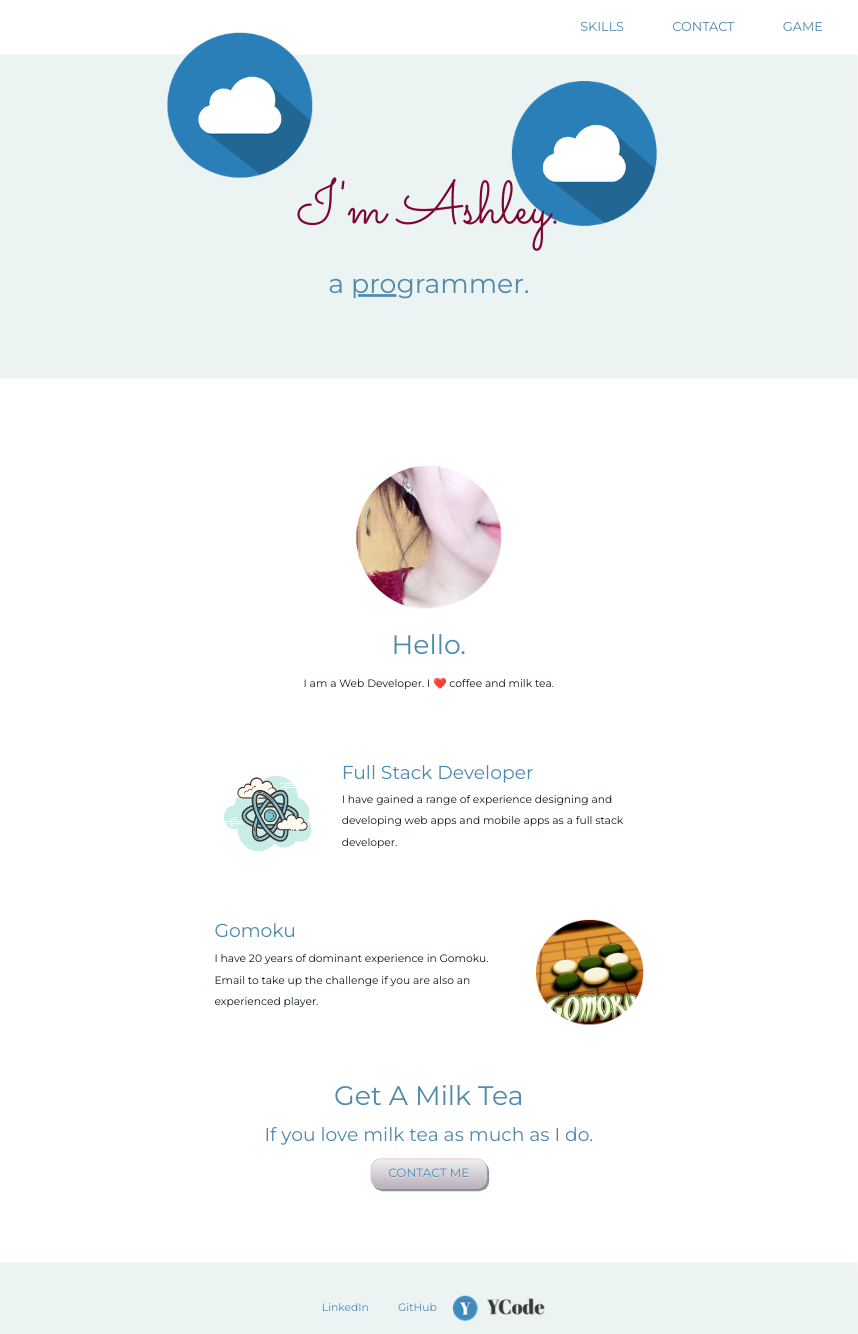
Repository: nosugarpls/YCode-my-website
Page: index.html
These files come from the project's save history. The page is drawn as it stood at one moment and after a run of saves; the edit follows.
The browser window is 1280 px wide. The pictures show the whole page, at 67% of full size.

Above is the page before, as saved 2020-09-25 10:15:03.

### index.html
<!DOCTYPE html>
<html>
<head>
  <meta charset="utf-8">
  <title>Ashley(Yu) Shi</title>


  <!-- CSS Stylesheets -->
  <link rel="stylesheet" href="https://stackpath.bootstrapcdn.com/bootstrap/4.5.2/css/bootstrap.min.css" integrity="sha384-JcKb8q3iqJ61gNV9KGb8thSsNjpSL0n8PARn9HuZOnIxN0hoP+VmmDGMN5t9UJ0Z" crossorigin="anonymous">
  <link rel="stylesheet" href="css/styles.css">
  <link href="https://fonts.googleapis.com/css?family=Merriweather|Montserrat|Sacramento" rel="stylesheet">
  <link rel="icon" href="images/YLogo.png">


  <!-- Bootstrap Scripts -->
  <script src="https://code.jquery.com/jquery-3.5.1.slim.min.js" integrity="sha384-DfXdz2htPH0lsSSs5nCTpuj/zy4C+OGpamoFVy38MVBnE+IbbVYUew+OrCXaRkfj" crossorigin="anonymous"></script>
  <script src="https://cdn.jsdelivr.net/npm/popper.js@1.16.1/dist/umd/popper.min.js" integrity="sha384-9/reFTGAW83EW2RDu2S0VKaIzap3H66lZH81PoYlFhbGU+6BZp6G7niu735Sk7lN" crossorigin="anonymous"></script>
  <script src="https://stackpath.bootstrapcdn.com/bootstrap/4.5.2/js/bootstrap.min.js" integrity="sha384-B4gt1jrGC7Jh4AgTPSdUtOBvfO8shuf57BaghqFfPlYxofvL8/KUEfYiJOMMV+rV" crossorigin="anonymous"></script>
</head>

<body>

  <!-- Nav Bar -->
  <nav class="navbar navbar-expand-lg navbar-light">
    <button class="navbar-toggler" type="button" data-toggle="collapse" data-target="#navbarToggler">
        <span class="navbar-toggler-icon"></span>
    </button>

    <div class="collapse navbar-collapse" id="navbarToggler">
      <ul class="navbar-nav ml-auto">
        <li class="nav-item">
          <a class="nav-link" href="#skills">SKILLS</a>
        </li>
        <li class="nav-item">
          <a class="nav-link" href="#contact">CONTACT</a>
        </li>
        <li class="nav-item">
          <a class="nav-link" href="piano.html">GAME</a>
        </li>
      </ul>
    </div>
  </nav>


  <div class="top-container">
    <img class="top-cloud" src="images/cloud.png" alt="cloud">
    <div class="title-text">
      <h1 class="big-title">I'm Ashley.</h1>
      <h2>a <span class="pro">pro</span>grammer.</h2>
    </div>
    <img class="bottom-cloud" src="images/cloud.png" alt="cloud">
  </div>

  <div class="middle-container">
    <div class="profile">
      <img class="avatar" src="images/ashely.png" alt="ashley-profile-img">
      <h2>Hello.</h2>
      <p class="intro">I am a Web Developer. I ❤️ coffee and milk tea.</p>
    </div>

    <div class="skills" id="skills">
      <div class="skill-row">
        <img class="react-img" src="images/react.png" alt="react-img">
        <h3>Full Stack Developer</h3>
        <p>I have gained a range of experience designing and developing web apps and mobile apps as a full stack developer.</p>
      </div>
      <div class="skill-row">
        <img class="game-img" src="images/game.png" alt="game-img">
        <h3>Gomoku</h3>
        <p>I have 20 years of dominant experience in Gomoku. Email to take up the challenge if you are also an experienced player.</p>
      </div>

    </div>

    <div class="contact-me" id="contact">
      <h2>Get A Milk Tea</h2>
      <h3>If you love milk tea as much as I do.</h3>
      <a class="btn" href="mailto:coloraworld@gmail.com">CONTACT ME</a>
    </div>
  </div>


  <div class="bottom-container">
    <a href="https://www.linkedin.com/in/yu-ashley-shi-328239197/">LinkedIn</a>
    <a href="https://github.com/nosugarpls">GitHub</a>
    <img src="images/logo.png" alt="img">
  </div>
</body>
</html>

### css/styles.css
body {
  color: #40514E;
  margin: 0;
  text-align: center;
  font-family: 'Merriweather', serif;
}

h1 {
  color: #7d0633;
  font-size: 5.625rem;
  margin: 50px auto 0 auto;
  font-family: 'Sacramento', cursive;
  z-index: 1;
  position: relative;
}

h2 {
  color: #4e89ae;
  font-family: 'Montserrat', sans-serif;
  font-size: 2.5rem;
  font-weight: normal;
  padding-bottom: 10px;
}

h3 {
  color: #4e89ae;
  font-family: 'Montserrat', sans-serif;
}

p {
  line-height: 2;
  color: #0f1e27;
  font-family: 'Montserrat', sans-serif;
}

a {
  color: #4e89ae;
  font-family: 'Montserrat', sans-serif;
  margin: 10px 20px;
  text-decoration: none;
}

.big-title {
  padding-top: 30px;
  padding-bottom: 30px;
}

.avatar {
  padding-top: 30px;
  padding-bottom: 30px;
}


.top-container {
  background-color: #ecf4f3;
  position: relative;
  padding-top: 100px;
  padding-bottom: 100px;
}

.middle-container {
  margin: 100px 0;
}

.bottom-container {
  background-color: #ecf4f3;
  padding: 50px 0 20px;
}

.skill-row {
  width: 50%;
  margin: 100px auto 100px auto;
  text-align: left;
}

.pro {
  text-decoration: underline;
}

.intro {
  width: 30%;
  margin: auto;
  color: #0f1e27;
  font-family: 'Montserrat', sans-serif;
}

.contact-message {
  width: 40%;
  margin: 40px auto 60px;
}

.top-cloud {
  position: absolute;
  right: 300px;
  top: 40px;
}

.bottom-cloud {
  position: absolute;
  left: 250px;
  bottom: 300px;
}

.react-img {
  width: 25%;
  float: left;
  margin-right: 30px;
}

.game-img {
  width: 25%;
  float: right;
  margin-left: 30px;
}

.btn {
	box-shadow: 3px 4px 0px 0px #899599;
	background:linear-gradient(to bottom, #ededed 5%, #bab1ba 100%);
	background-color:#ededed;
	border-radius:15px;
	border:1px solid #d6bcd6;
	display:inline-block;
	cursor:pointer;
	color:#4e89ae;
  font-family: 'Montserrat', sans-serif;
	font-size:18px;
	padding:8px 25px;
	text-decoration:none;
	text-shadow:0px 1px 0px #e1e2ed;
}

.btn:hover {
	background:linear-gradient(to bottom, #bab1ba 5%, #ededed 100%);
	background-color:#bab1ba;
}

.btn:active {
	position:relative;
	top:1px;
}

/* Navigation Bar */

.nav-item {
  padding: 0 8px;
}

.nav-link {
  font-size: 1.2rem;
  font-family: 'Montserrat', sans-serif;
  color: #4e89ae !important;
  z-index: 2;
  position:relative;
}

After the next 2 saves:
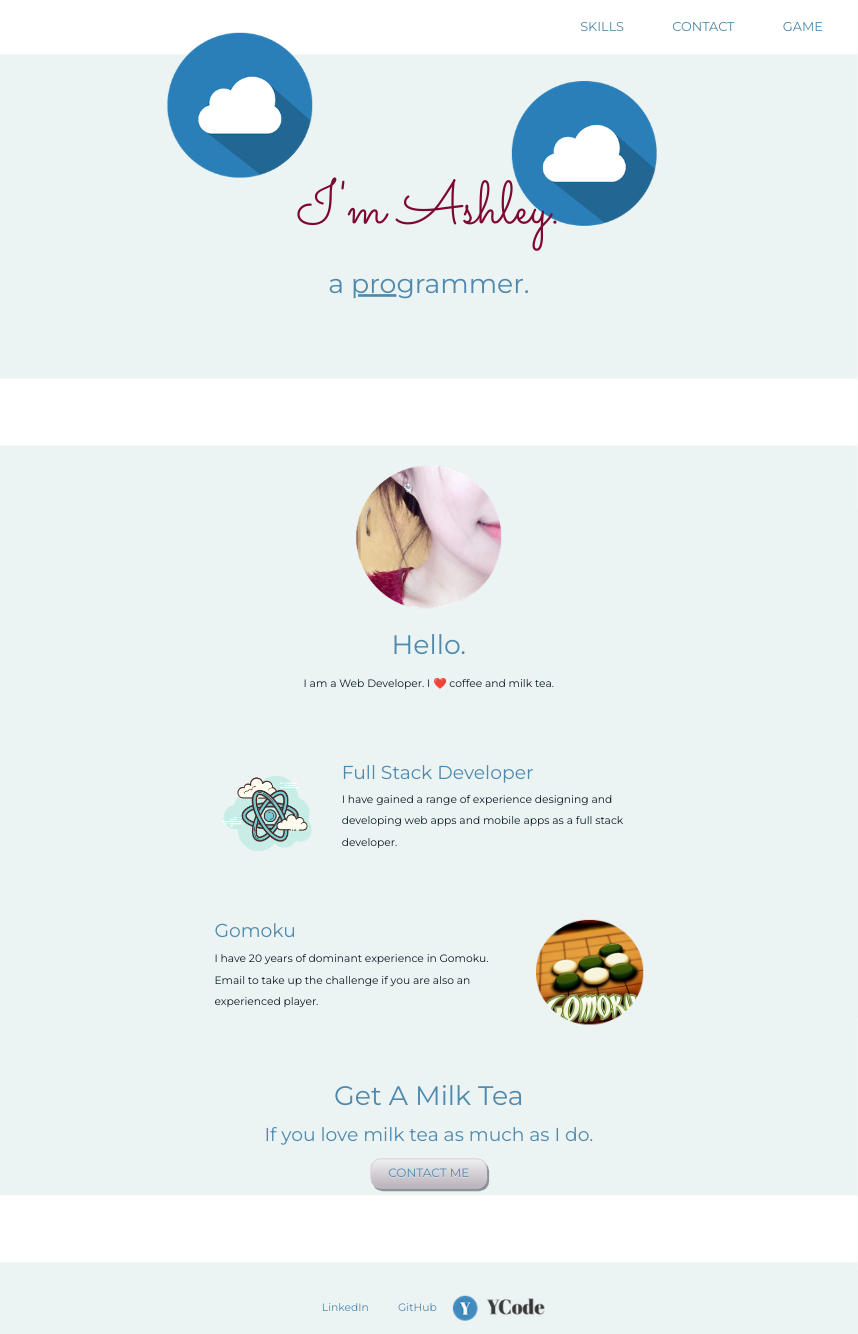
The 2 saves are shown as one change because they came seconds apart.
The last was saved 12 s later.
--- a/css/styles.css
+++ b/css/styles.css
@@ -60,6 +60,7 @@
 
 .middle-container {
   margin: 100px 0;
+  background-color: #ecf4f3;
 }
 
 .bottom-container {

After the save that followed:
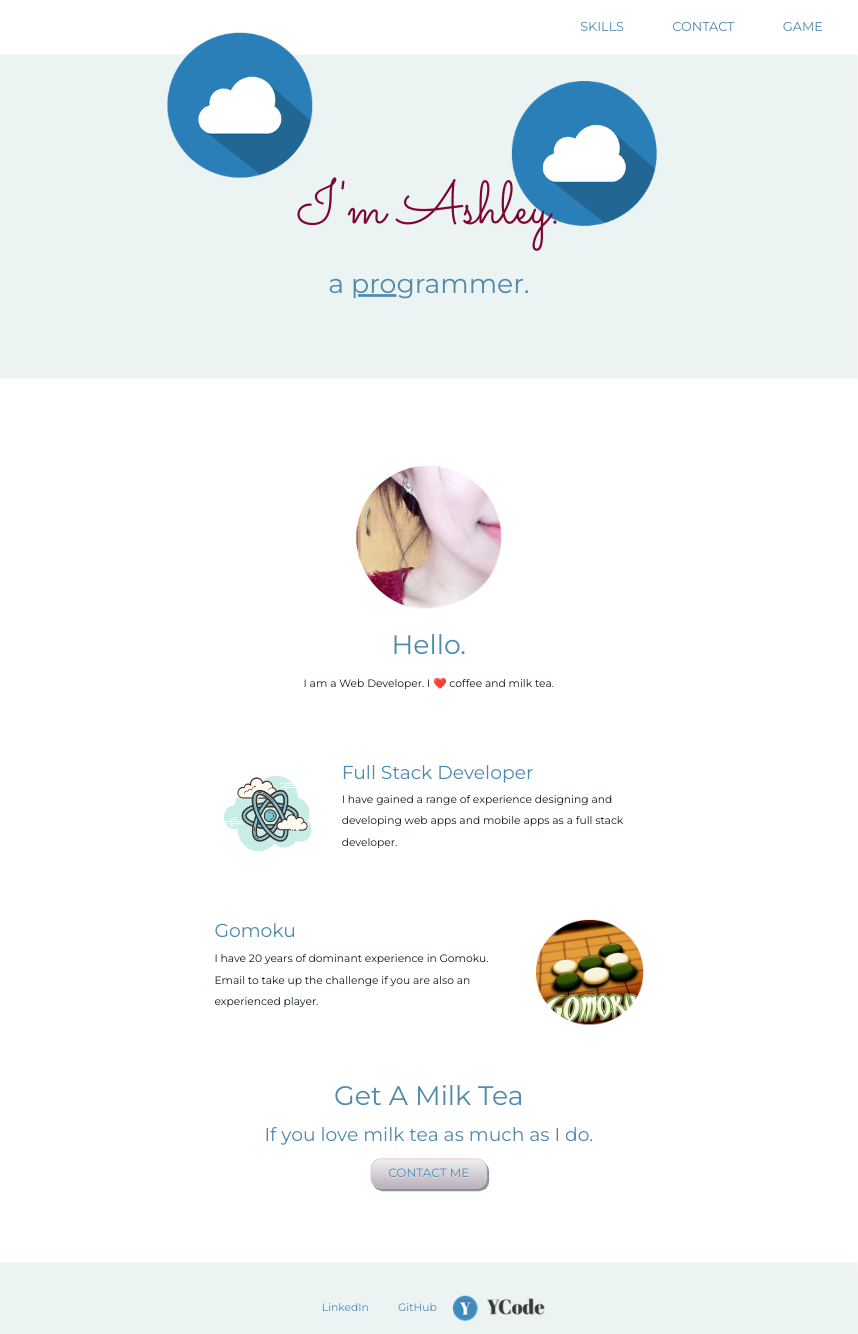
Saved 12 s later.
--- a/css/styles.css
+++ b/css/styles.css
@@ -60,7 +60,6 @@
 
 .middle-container {
   margin: 100px 0;
-  background-color: #ecf4f3;
 }
 
 .bottom-container {
